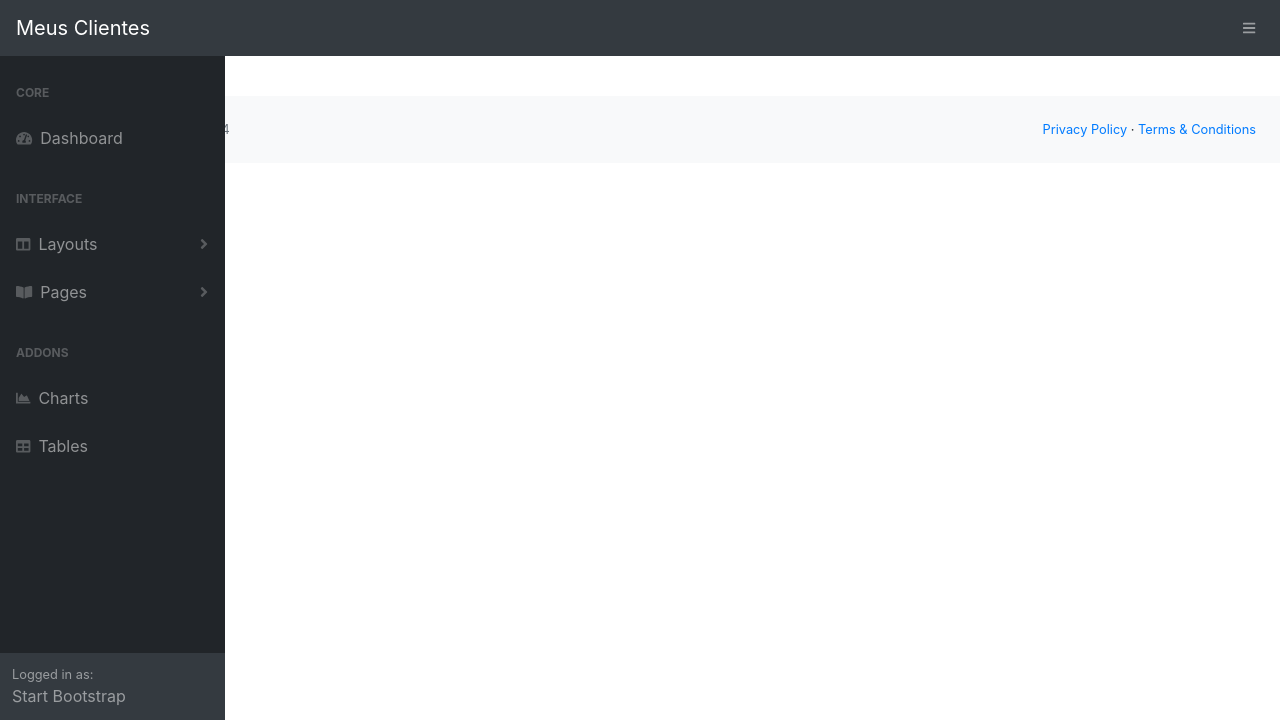
Repository: Kaio-Dias/Angular-Springboot
Page: / (app in Frontend/clients-app/)
These files come from the project's save history. The page is drawn as it stood at one moment and after the next save; the edit follows.
The browser window is 1280 px wide. The pictures show the whole page.
Some web libraries are served in a nearby version. The project was rebuilt for these pictures with package versions that can differ from the ones it lists, and the page was loaded fresh each time. Also part of the build but not shown: Frontend/clients-app/angular.json.

Above is the page before, as saved 2024-06-29 17:48:14.

### Frontend/clients-app/src/index.html
<!doctype html>
<html lang="en">
<head>
  <meta charset="utf-8">
  <title>ClientsApp</title>
  <base href="/">
  <meta name="viewport" content="width=device-width, initial-scale=1">
  <link rel="icon" type="image/x-icon" href="favicon.ico">
  <script src="https://cdnjs.cloudflare.com/ajax/libs/font-awesome/5.11.2/js/all.min.js" crossorigin="anonymous"></script>
</head>
<body class="sb-nav-fixed">
  <app-root></app-root>
</body>
</html>

### Frontend/clients-app/src/app/app.component.ts
import { Component } from '@angular/core';
import { RouterOutlet } from '@angular/router';
import { HomeComponent } from './home/home.component';
import {TemplateModule} from './template/template.module';

@Component({
  selector: 'app-root',
  standalone: true,
  imports: [RouterOutlet, HomeComponent, TemplateModule],
  templateUrl: './app.component.html',
  styleUrls: ['./app.component.css']
})
export class AppComponent {
  title = 'clients-app';
}

### Frontend/clients-app/src/app/app.component.html
<app-navbar></app-navbar>
<div id="layoutSidenav">
  <app-sidebar></app-sidebar>
  <div id="layoutSidenav_content">
    <main>
      <div class="container-fluid">
        <app-home></app-home>
      </div>
      <footer class="py-4 bg-light mt-auto">
        <div class="container-fluid">
            <div class="d-flex align-items-center justify-content-between small">
                <div class="text-muted">Copyright &copy; Client Manager 2024</div>
                <div>
                    <a href="#">Privacy Policy</a>
                    &middot;
                    <a href="#">Terms &amp; Conditions</a>
                </div>
            </div>
        </div>
    </footer>
    </main>
  </div>
</div>

### Frontend/clients-app/src/app/home/home.component.ts
import { Component } from '@angular/core';

@Component({
  selector: 'app-home',
  standalone: true,
  imports: [],
  template: `
    <p>
      home works!
    </p>
  `,
  styleUrl: './home.component.css'
})
export class HomeComponent {

}

### Frontend/clients-app/src/app/template/template.module.ts
import { NgModule } from '@angular/core';
import { CommonModule } from '@angular/common';
import { NavbarComponent } from './navbar/navbar.component';
import {SidebarComponent } from './sidebar/sidebar.component';



@NgModule({
  declarations: [],
  imports: [
    CommonModule,
    NavbarComponent,
    SidebarComponent
  ],
  exports: [
    NavbarComponent,
    SidebarComponent
  ]
})
export class TemplateModule { }

### Frontend/clients-app/src/app/template/navbar/navbar.component.ts
import { Component, AfterViewInit } from '@angular/core';

@Component({
  selector: 'app-navbar',
  standalone: true,
  imports: [],
  templateUrl: './navbar.component.html',
  styleUrl: './navbar.component.css'
})
export class NavbarComponent {

}

### Frontend/clients-app/src/app/template/navbar/navbar.component.html
<nav class="sb-topnav navbar navbar-extend navbar-dark bg-dark">
    <a class="navbar-brand" href="#">Meus Clientes</a>
    <button class="btn btn-link btn-sm order-1 order-lg-0" id="sidebarToggle">
        <i class="fas fa-bars"></i>
    </button>
</nav>

### Frontend/clients-app/src/app/template/sidebar/sidebar.component.html
<div id="layoutSidenav">
    <div id="layoutSidenav_nav">
        <nav class="sb-sidenav accordion sb-sidenav-dark" id="sidenavAccordion">
            <div class="sb-sidenav-menu">
                <div class="nav">
                    <div class="sb-sidenav-menu-heading">Core</div>
                    <a class="nav-link" href="index.html"
                        ><div class="sb-nav-link-icon"><i class="fas fa-tachometer-alt"></i></div>
                        Dashboard</a
                    >
                    <div class="sb-sidenav-menu-heading">Interface</div>
                    <a class="nav-link collapsed" href="#" data-toggle="collapse" data-target="#collapseLayouts" aria-expanded="false" aria-controls="collapseLayouts"
                        ><div class="sb-nav-link-icon"><i class="fas fa-columns"></i></div>
                        Layouts
                        <div class="sb-sidenav-collapse-arrow"><i class="fas fa-angle-down"></i></div
                    ></a>
                    <div class="collapse" id="collapseLayouts" aria-labelledby="headingOne" data-parent="#sidenavAccordion">
                        <nav class="sb-sidenav-menu-nested nav"><a class="nav-link" href="layout-static.html">Static Navigation</a><a class="nav-link" href="layout-sidenav-light.html">Light Sidenav</a></nav>
                    </div>
                    <a class="nav-link collapsed" href="#" data-toggle="collapse" data-target="#collapsePages" aria-expanded="false" aria-controls="collapsePages"
                        ><div class="sb-nav-link-icon"><i class="fas fa-book-open"></i></div>
                        Pages
                        <div class="sb-sidenav-collapse-arrow"><i class="fas fa-angle-down"></i></div
                    ></a>
                    <div class="collapse" id="collapsePages" aria-labelledby="headingTwo" data-parent="#sidenavAccordion">
                        <nav class="sb-sidenav-menu-nested nav accordion" id="sidenavAccordionPages">
                            <a class="nav-link collapsed" href="#" data-toggle="collapse" data-target="#pagesCollapseAuth" aria-expanded="false" aria-controls="pagesCollapseAuth"
                                >Authentication
                                <div class="sb-sidenav-collapse-arrow"><i class="fas fa-angle-down"></i></div
                            ></a>
                            <div class="collapse" id="pagesCollapseAuth" aria-labelledby="headingOne" data-parent="#sidenavAccordionPages">
                                <nav class="sb-sidenav-menu-nested nav"><a class="nav-link" href="login.html">Login</a><a class="nav-link" href="register.html">Register</a><a class="nav-link" href="password.html">Forgot Password</a></nav>
                            </div>
                            <a class="nav-link collapsed" href="#" data-toggle="collapse" data-target="#pagesCollapseError" aria-expanded="false" aria-controls="pagesCollapseError"
                                >Error
                                <div class="sb-sidenav-collapse-arrow"><i class="fas fa-angle-down"></i></div
                            ></a>
                            <div class="collapse" id="pagesCollapseError" aria-labelledby="headingOne" data-parent="#sidenavAccordionPages">
                                <nav class="sb-sidenav-menu-nested nav"><a class="nav-link" href="401.html">401 Page</a><a class="nav-link" href="404.html">404 Page</a><a class="nav-link" href="500.html">500 Page</a></nav>
                            </div>
                        </nav>
                    </div>
                    <div class="sb-sidenav-menu-heading">Addons</div>
                    <a class="nav-link" href="charts.html"
                        ><div class="sb-nav-link-icon"><i class="fas fa-chart-area"></i></div>
                        Charts</a
                    ><a class="nav-link" href="tables.html"
                        ><div class="sb-nav-link-icon"><i class="fas fa-table"></i></div>
                        Tables</a
                    >
                </div>
            </div>
            <div class="sb-sidenav-footer">
                <div class="small">Logged in as:</div>
                Start Bootstrap
            </div>
        </nav>
    </div>

Loaded but not shown: Frontend/clients-app/src/styles.css (library); Frontend/clients-app/src/main.ts (common file); Frontend/clients-app/src/app/app.config.ts (common file); Frontend/clients-app/src/app/app.routes.ts (common file); Frontend/clients-app/src/app/app.component.css (library); Frontend/clients-app/src/app/template/sidebar/sidebar.component.ts (common file); Frontend/clients-app/src/app/home/home.component.css (no stored copy; drawn as an empty file); Frontend/clients-app/src/app/template/navbar/navbar.component.css (no stored copy; drawn as an empty file); Frontend/clients-app/src/app/template/sidebar/sidebar.component.css (no stored copy; drawn as an empty file)

After the next save:
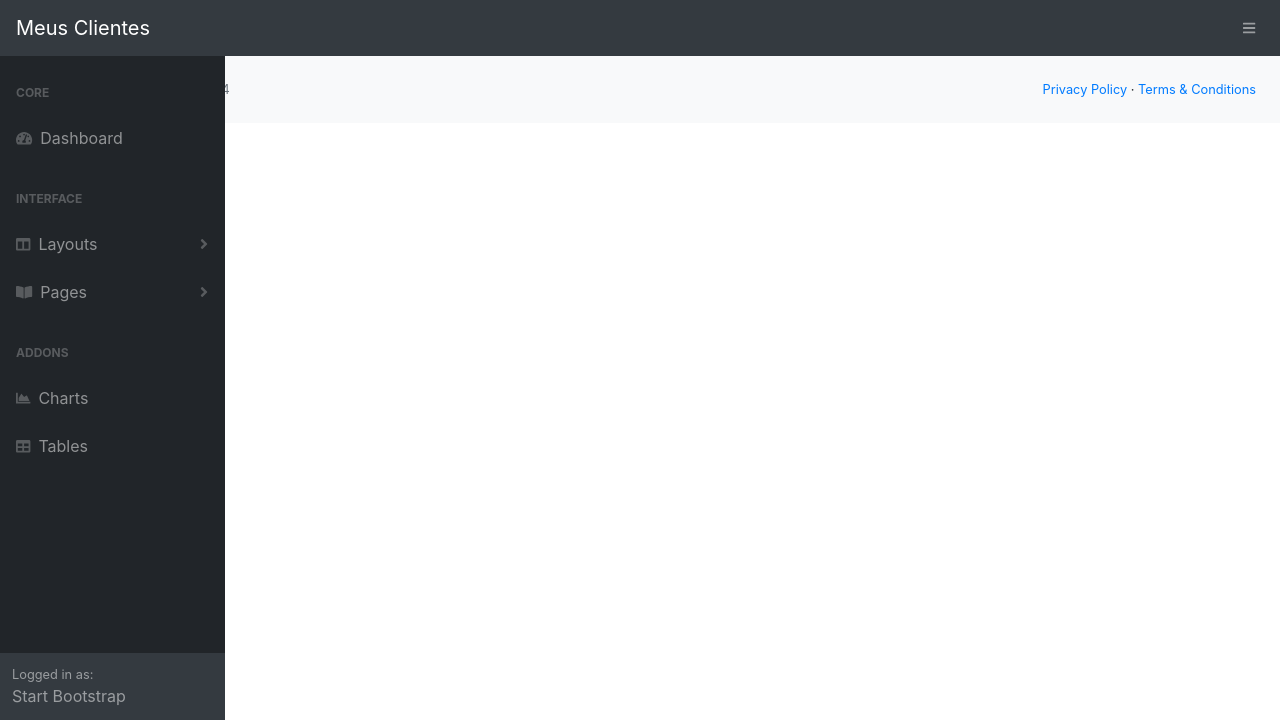
Saved 64 min 48 s later.
--- a/Frontend/clients-app/src/app/app.component.html
+++ b/Frontend/clients-app/src/app/app.component.html
@@ -4,7 +4,7 @@
   <div id="layoutSidenav_content">
     <main>
       <div class="container-fluid">
-        <app-home></app-home>
+        <router-outlet></router-outlet>
       </div>
       <footer class="py-4 bg-light mt-auto">
         <div class="container-fluid">
